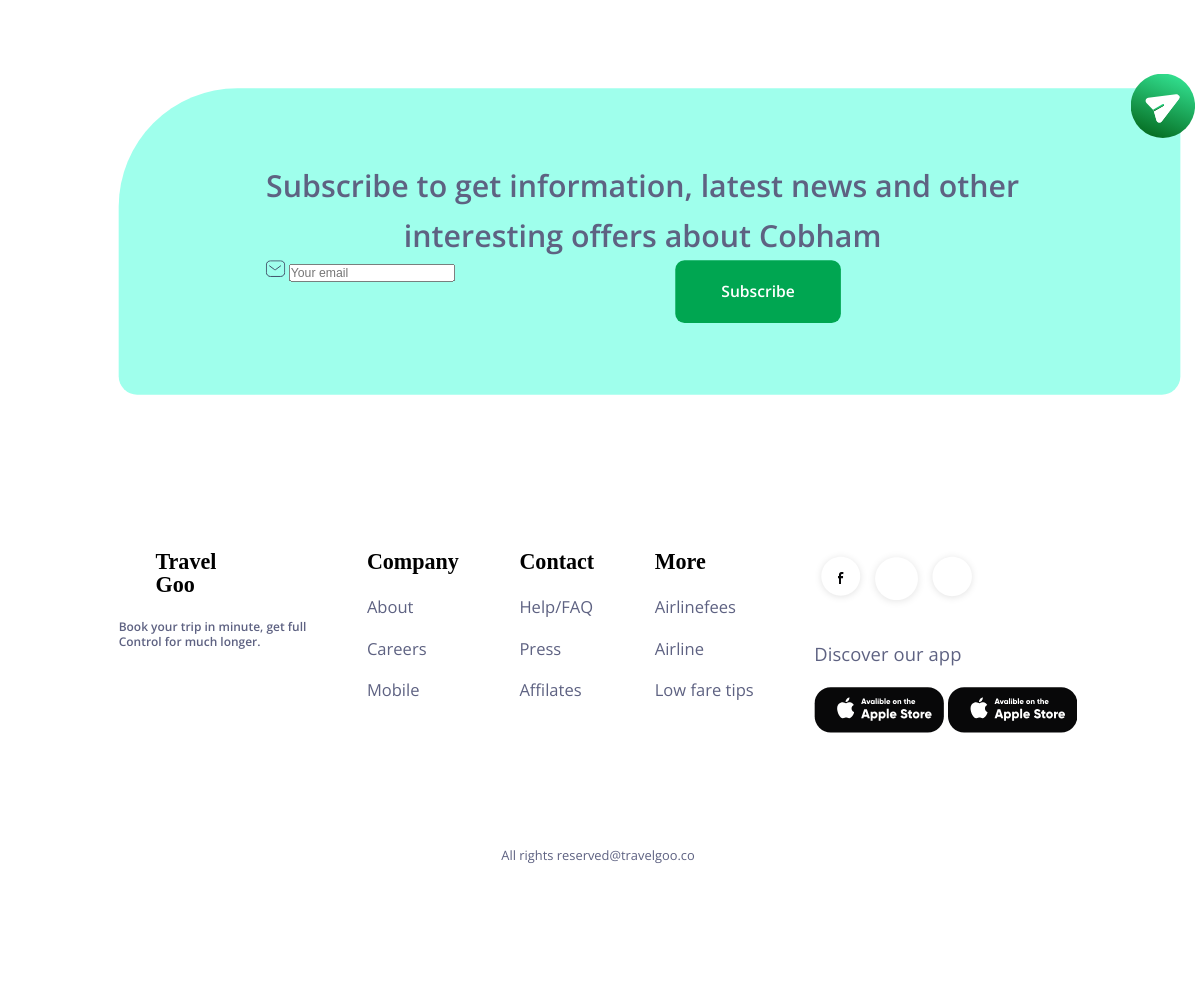
Repository: HeybetzadeQedim/task-5
Page: index.html
The author's editor kept a copy of each file at every save. The page is drawn from the files as they stood at one save, then again after the next save.
The browser window is 1280 px wide. The page is 1299 px wide, so the pictures cover 1299 px, including what lies to the right of the window. The pictures show the whole page, at 92% of full size.
Some web fonts or font styles are not loaded; a fallback is used.

Above is the page before, as saved 2023-10-16 16:17:11.

After the next save:
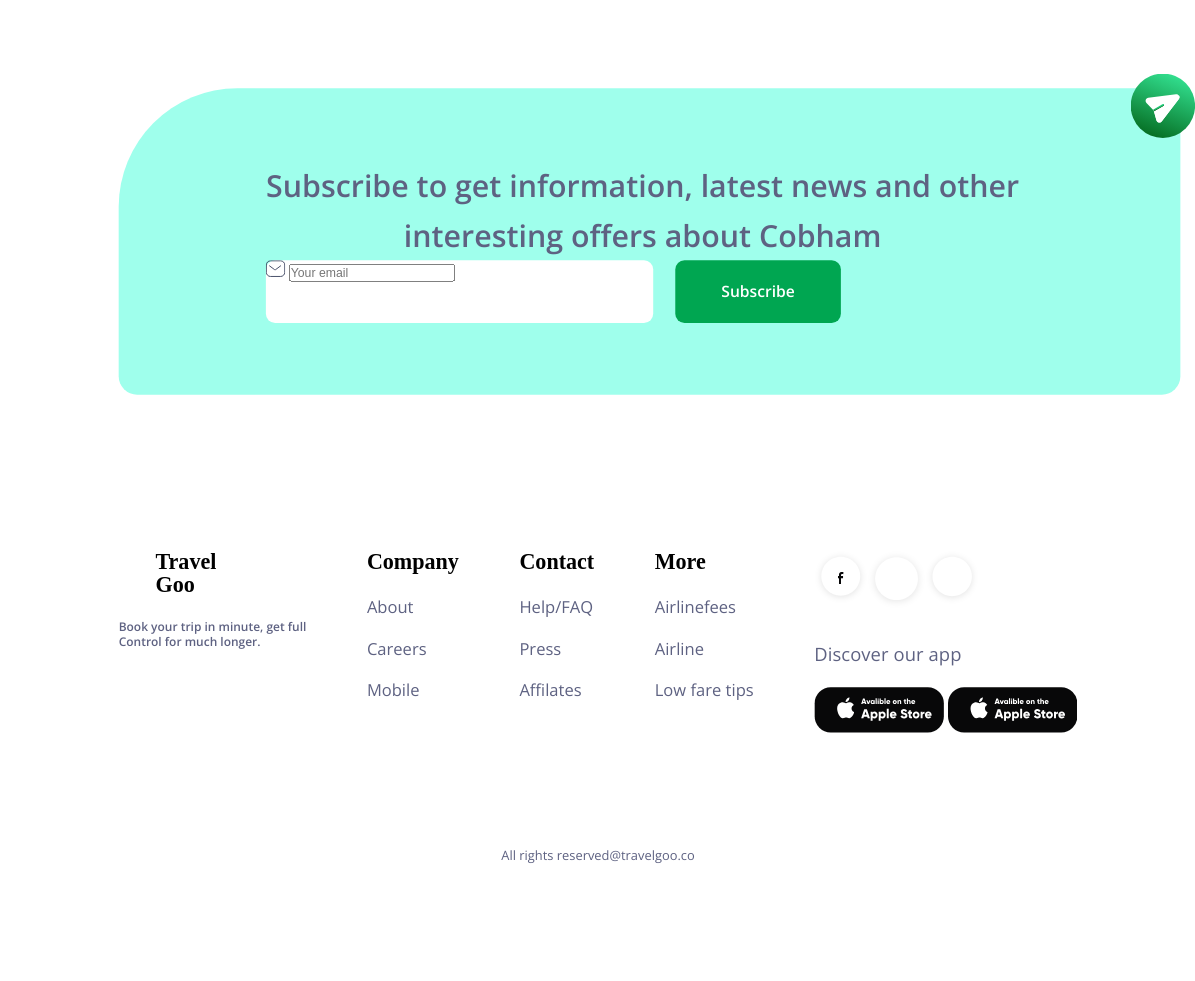
Saved 16 s later.
--- a/index.css
+++ b/index.css
@@ -170,5 +170,7 @@ form button{
 }
 form .input-box{
   width: 421px;
+  border-radius: 10px;
+background: var(--white, #FFF);
 
 }
